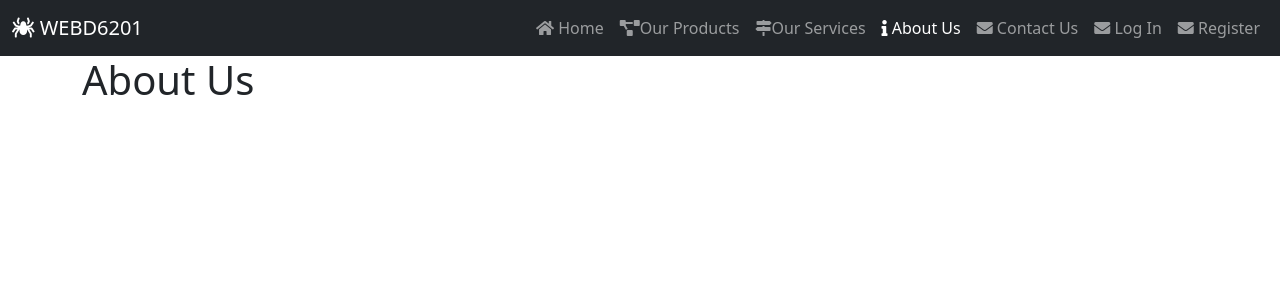
Repository: tbazouzi-durham/tbazouzi-durham.github.io
Page: about.html
The author's editor kept a copy of each file at every save. The page is drawn from the files as they stood at one save, then again after the next save.
The browser window is 1280 px wide. The pictures show the whole page.

Above is the page before, as saved 2022-02-19 20:53:57.

After the next save:
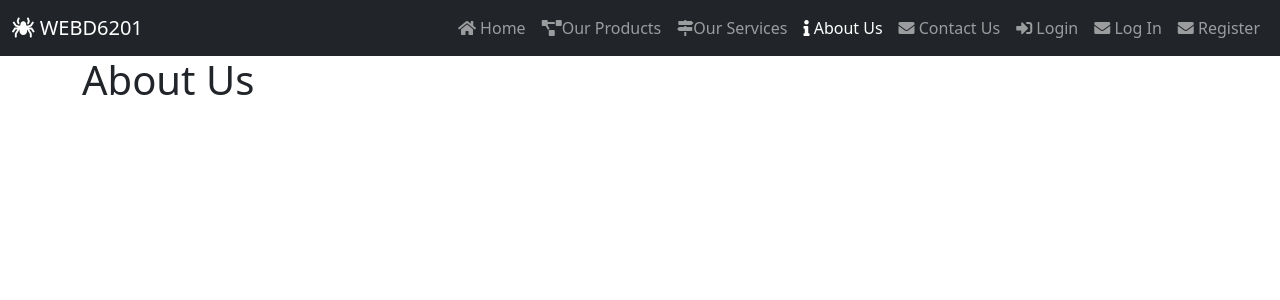
Saved 8 min 33 s later.
--- a/about.html
+++ b/about.html
@@ -11,8 +11,7 @@
     <link rel="stylesheet" href="./Content/app.css">
 </head>
 <body>
-    <header>
-    </header>
+    <header></header>
     <div class="container">
         <h1>About Us</h1>
     </div>
--- a/Content/app.css
+++ b/Content/app.css
@@ -25,7 +25,6 @@
     position:relative;
     z-index: 2;
     float:left;
-    width: 100%;
     margin-bottom: 0;
 }
 
--- a/header.html
+++ b/header.html
@@ -20,6 +20,9 @@
           </li>
           <li class="nav-item">
             <a class="nav-link" href="contact.html"><i class="fas fa-envelope"></i> Contact Us</a>
+            <li class="nav-item">
+                <a class="nav-link" href="login.html"><i class="fas fa-sign-in-alt"></i> Login</a>
+              </li>
           </li>
           <li class="nav-item">
             <a class="nav-link" href="login.html"><i class="fas fa-envelope"></i> Log In</a>
